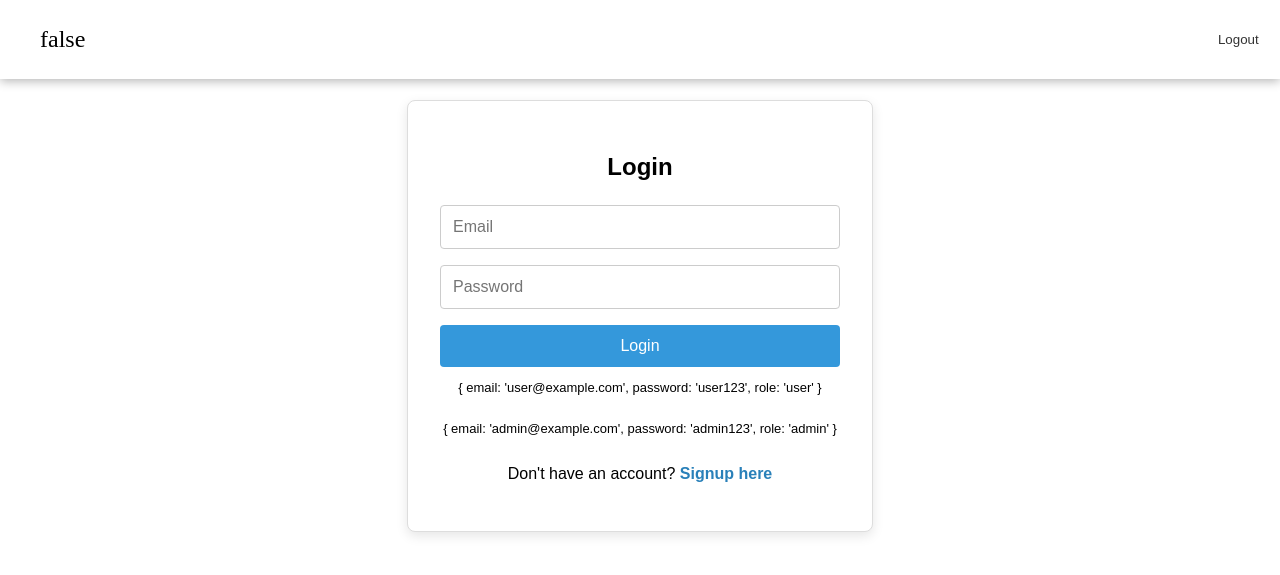
Repository: Edmund-Kiama/todoPHP
Page: / (app in task-manager-frontend/)
The author's editor kept a copy of each file at every save. The page is drawn from the files as they stood at one save, then again after the next save.
The browser window is 1280 px wide. The pictures show the whole page.
The project was rebuilt for these pictures with package versions that can differ from the ones it lists, and the page was loaded fresh each time. Also part of the build but not shown: task-manager-frontend/vite.config.js, task-manager-frontend/src/components/Admin/admin.css, task-manager-frontend/src/components/Admin/AdminDashboard.vue, task-manager-frontend/src/components/User/user.css, task-manager-frontend/src/components/User/UserDashboard.vue, task-manager-frontend/src/components/Auth/signup.css, task-manager-frontend/src/components/Auth/Signup.vue.

Above is the page before, as saved 2025-07-13 11:31:22.
Console error: ReferenceError: storedUser is not defined

After the next save:
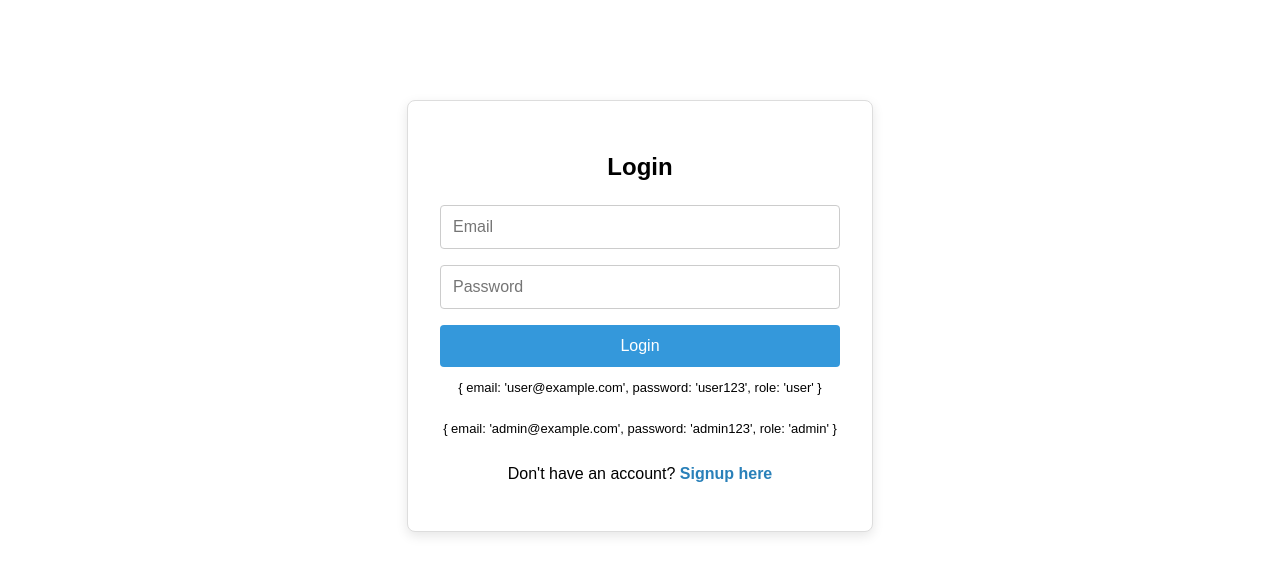
Saved 13 s later.
--- a/task-manager-frontend/src/components/Navbar/Navbar.vue
+++ b/task-manager-frontend/src/components/Navbar/Navbar.vue
@@ -38,9 +38,8 @@ function logout() {
 </script>
 
 <template>
-  <nav  class="navbar">
+  <nav v-if="us" class="navbar">
     <ul>
-      <li>{{ store.user.loggedIn }}</li>
       <li v-if="store.user.role === 'user'">User Dashboard</li>
       <li v-if="store.user.role === 'admin'">Admin Dashboard</li>
       <li><button @click="logout">Logout</button></li>
